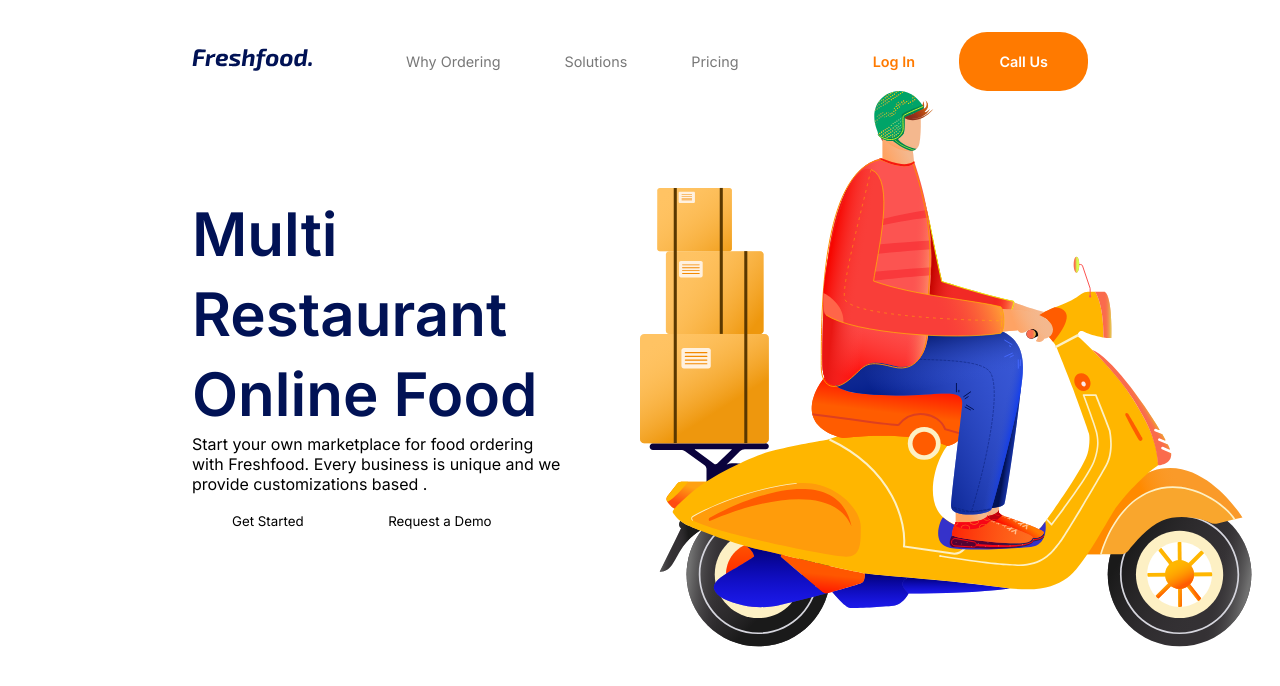
Repository: badhon252/FreshFood
Page: index.html
An editor plug-in stored every save of this project. The page is shown before and after the next save, followed by the edit.
The browser window is 1280 px wide. The pictures show the whole page.
The style sheet was rebuilt from its Sass, Less or Tailwind sources for each picture, by a compiler version that may differ from the author's.

Above is the page before, as saved 2022-09-06 00:20:10.

### index.html
<!DOCTYPE html>
<html lang="en">

<head>
    <meta charset="UTF-8">
    <meta http-equiv="X-UA-Compatible" content="IE=edge">
    <meta name="viewport" content="width=device-width, initial-scale=1.0">
    <link rel="stylesheet" href="./scss/style.css">
    <title>Document</title>
</head>

<body>
    <header class="container">
        <nav class="navbar">
            <div class="navbar-brand">
                <img src="./images/Freshfood.svg" alt="">
            </div>
            <ul class="navs">
                <li class="nav-item"><a href="" class="nav-link">Why Ordering</a></li>
                <li class="nav-item"><a href="" class="nav-link">Solutions</a></li>
                <li class="nav-item"><a href="" class="nav-link">Pricing</a></li>
            </ul>
            <div class="logs">
                <button class="btn">Log In</button>
                <button class="btn call">Call Us</button>
            </div>
        </nav>

        <div class="header-content">
            <div class="row">
                <div class="col-md-6">
                    <h1>Multi Restaurant <br> Online Food</h1>
                    <p>Start your own marketplace for food ordering <br> with Freshfood. Every business is unique and we
                        <br>
                        provide customizations
                        based .</p>
                    <button class="btn">Get Started</button>
                    <button class="btn">Request a Demo</button>
                </div>
                <div class="col-md-6"><img src="./images/Group 5402.svg" alt=""></div>
            </div>
        </div>

    </header>
</body>

</html>

### scss/style.scss
@import url("https://fonts.googleapis.com/css2?family=Inter:wght@400;600;700;800;900&display=swap");
* {
  margin: 0%;
  padding: 0%;
  box-sizing: border-box;
  font-family: "Inter", sans-serif;
}

.container {
  margin: 2rem 12rem;
}
.btn {
  outline: none;
  border: none;
  padding: 1.2rem 2.5rem;
  background-color: transparent;
}

.row {
  display: flex;
  justify-content: center;
  align-items: center;
  max-width: 100%;
  .col-md-6 {
    max-width: 50%;
  }
}

h1 {
  font-weight: 600;
  font-size: 60px;
  line-height: 80px;
  /* or 133% */

  color: #011255;
}
//=====
//=====
//=====
.navbar {
  display: flex;
  justify-content: space-between;
  align-items: center;
  ul {
    display: flex;
    li {
      margin: 1rem 2rem;
      list-style-type: none;
      .nav-link {
        text-decoration: none;
        color: black;
        font-weight: 500;
        font-size: 0.9rem;
        line-height: 21px;
        /* identical to box height */

        text-align: center;

        color: #787878;
      }
    }
  }

  .btn {
    font-weight: 500;
    font-size: 0.9rem;
    line-height: 21px;
    /* identical to box height */
    font-weight: 600;
    color: #ff7a00;
  }
  .call {
    background: #ff7a00;
    border-radius: 28px;
    color: #fff;
  }
}

After the next save:
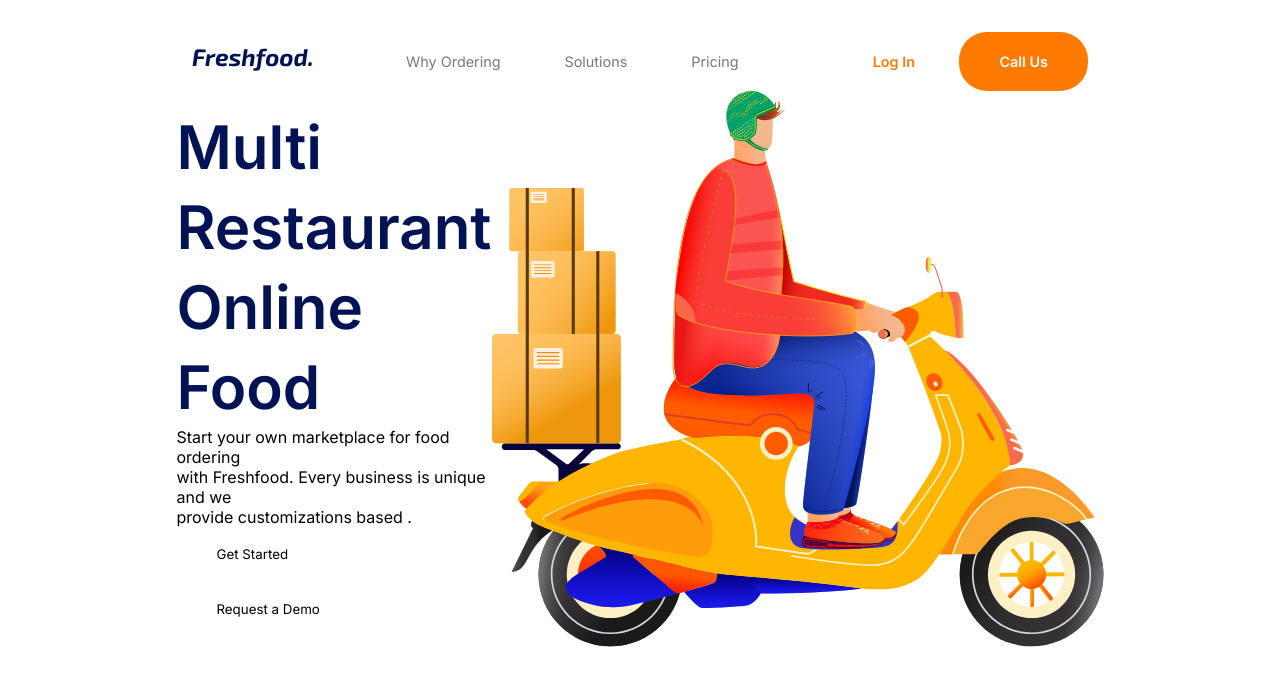
Saved 5 min 23 s later.
--- a/scss/style.scss
+++ b/scss/style.scss
@@ -20,10 +20,10 @@
   display: flex;
   justify-content: center;
   align-items: center;
-  max-width: 100%;
-  .col-md-6 {
-    max-width: 50%;
-  }
+  //   max-width: 100%;
+  //   .col-md-6 {
+  //     max-width: 50%;
+  //   }
 }
 
 h1 {
@@ -75,3 +75,6 @@
     color: #fff;
   }
 }
+
+.header-content {
+}
